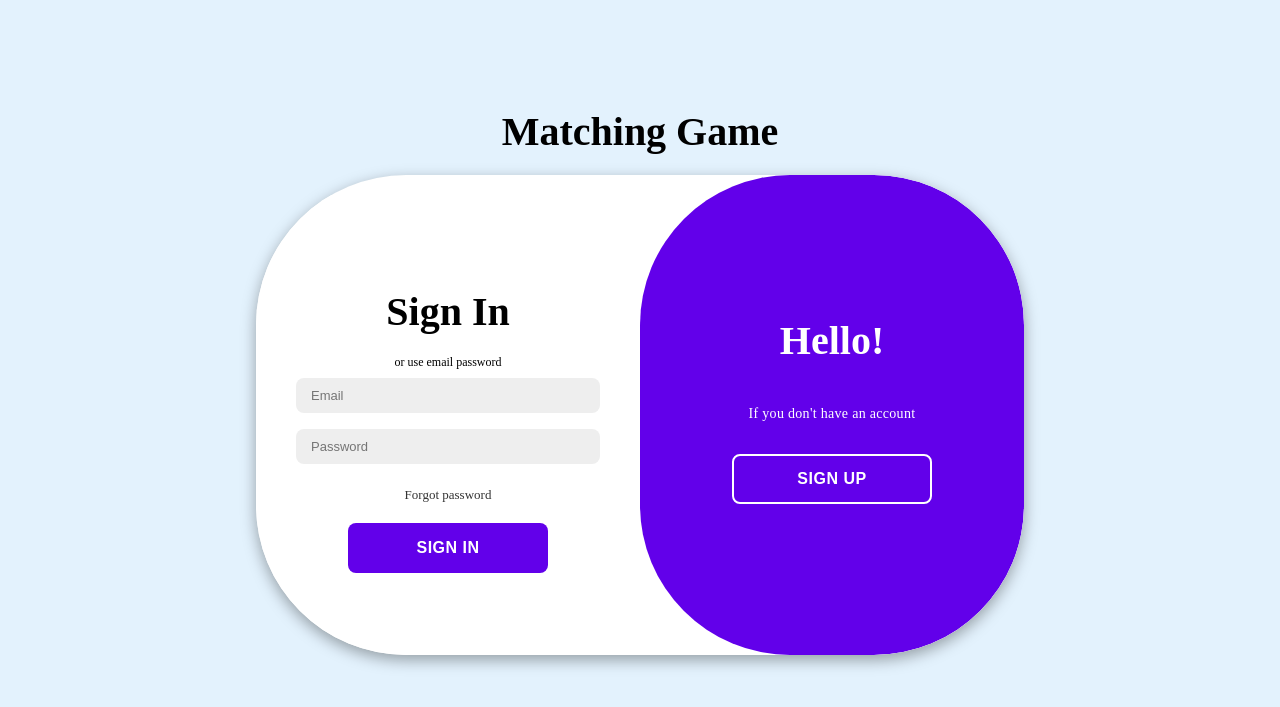
Repository: parnelltse/frontend2-courseproject
Page: /
An editor plug-in stored every save of this project. The page is shown before and after the next save, followed by the edit.
The browser window is 1280 px wide. The pictures show the whole page.
The project was rebuilt for these pictures with package versions that can differ from the ones it lists, and the page was loaded fresh each time. Also part of the build but not shown: vite.config.js, src/components/AccountForm.jsx, src/components/BackButton.jsx, src/pages/create.jsx, src/pages/login.jsx, src/pages/home.jsx, src/pages/gameoptions.jsx, src/pages/appsettings.jsx and 7 more.

Above is the page before, as saved 2024-11-02 23:23:26.

### src/App.jsx
import './App.css';
import { BrowserRouter as Router, Routes, Route } from 'react-router-dom';
import { Landing } from './pages/landing';
import Create from './pages/create';
import Login from './pages/login'
import Home from './pages/home';
import Gameoptions from './pages/gameoptions';
import AppSettings from './pages/appsettings';
import ProfileSettings from './pages/profilesettings';
import GameHistory from './pages/gamehistory';
import SinglePlayer from './pages/singleplayer';
import MultiPlayer from './pages/multiplayer';
import ResumeGame from './pages/resumegame';
import SingleGame from './pages/singlegame';
import MultiGame from './pages/multigame';

function App() {
  return (
    <Router>
      <Routes>
        <Route path="/" element={<Landing />} />
        <Route path="/create" element={<Create />} />
        <Route path="/login" element={<Login />} />
        <Route path="/home" element={<Home />} />
        <Route path="/gameoptions" element={<Gameoptions />} />
        <Route path='/appsettings' element={<AppSettings/>} />
        <Route path='/profilesettings' element={<ProfileSettings/>} />
        <Route path='/gamehistory' element={<GameHistory/>} />
        <Route path='/singleplayer' element={<SinglePlayer/>} />
        <Route path='/multiplayer' element={<MultiPlayer/>} />
        <Route path='/resumegame' element={<ResumeGame/>} />
        <Route path="/singlegame" element={<SingleGame />} />
        <Route path="/multigame" element={<MultiGame />} />
      </Routes>
    </Router>
  );
}

export default App;

### src/index.css
/** landing page */

.landing-nav {
    display: flex;
    flex-direction: column;
    justify-content: center;
    align-items: center;
    gap: 20px
}

.app .headline {
    text-align: center;
}

/** account form */

.sub-btn {
    align-items: center;
    margin: auto;
    margin-top: 10px;
}


/* Single player*/

.single-btn {
    margin: auto;
    align-items: center;
    background-color: #03dac6;
    color: rgb(74, 96, 86); /* darker text */
}

.single-btn:hover {
    background-color: #018786;
    color: white;

}

.single-container {
    padding-top: 10vh;
    align-items: center;
    margin: auto;
}

.single-bottom {
    margin: auto;
    width: 100vw;
    align-items: center;
    align-self: center;
    display: flex;
    justify-content: center;
    flex-direction: column;
}




.home-container {
    background-color: #fff;
    border-radius: 150px;
    box-shadow: 0 5px 15px rgba(0, 0, 0, 0.35);
    position: relative;
    overflow: hidden;
    width: 768px;
    max-width: 100%;
    min-height: 480px;
    margin: auto;
  }

  .home-container p {
    font-size: 14px;
    line-height: 20px;
    letter-spacing: 0.3px;
    margin: 20px 0;
  }


  .home-container span {
    font-size: 12px;
  }

  .home-container a {
    color: #333;
    font-size: 13px;
    text-decoration: none;
    margin: 15px 0 10px;
  }
  .home-container button {
    background-color: #6200ea;
    color: #fff;
    padding: 10px 45px;
    border: 2px solid transparent;
    border-radius: 8px;
    font-weight: 600;
    letter-spacing: 0.5px;
    text-transform: uppercase;
    margin-top: 10px;
    cursor: pointer;
  }

  .home-container button.hidden {
    background-color: transparent;
    border-color: #fff;
  }

  .home-container form {
    background-color: #fff;
    display: flex;
    align-items: center;
    justify-content: center;
    flex-direction: column;
    padding: 0 40px;
    height: 100%;
  }

  .home-container input {
    background-color: #eee;
    border: none;
    margin: 8px 0;
    padding: 10px 15px;
    font-size: 13px;
    border-radius: 8px;
    width: 100%;
    outline: none;
  }

  .sign-up, .sign-in {
    position: absolute;
    top: 0;
    height: 100%;
    transition: all 0.6s ease-in-out;
  }

  .sign-in {
    left: 0;
    width: 50%;
    z-index: 2;
  }

  .home-container.active .sign-in {
    transform: translateX(100%);
  }

  .sign-up {
    left: 0;
    width: 50%;
    z-index: 1;
    opacity: 0;
  }

  .home-container.active .sign-up {
    transform: translateX(100%);
    opacity: 1;
    z-index: 5;
    animation: move 0.6s;
  }

  @keyframes move {
    0%, 49.99%{
      opacity: 0;
      z-index: 1;
    }
     50%, 100%{
      opacity: 1;
      z-index: 5;
    }
  }

  .toogle-container {
    position: absolute;
    top: 0;
    left: 50%;
    width: 50%;
    height: 100%;
    overflow: hidden;
    border-radius: 150px;
    z-index: 1000;
    transition: all 0.6s ease-in-out;
  }

  .home-container.active .toogle-container {
    transform: translateX(-100%);
    border-radius: 150px;
  }

  .toogle {
    background-color: #6200ea;
    height: 100%;
    background: #6200ea;
    color: #fff;
    position: relative;
    left: -100%;
    width: 200%;
    transform: translateX(0);
    transition: all 0.6s ease-in-out;
  }

  .home-container.active .toogle {
    transform: translateX(50%);
  }

  .toogle-panel {
    position: absolute;
    width: 50%;
    height: 100%;
    display: flex;
    justify-content: center;
    align-items: center;
    flex-direction: column;
    padding: 0 30px;
    text-align: center;
    top: 0;
    transform: translateX(0);
    transition: all 0.6s ease-in-out;
  }

  .toogle-left {
    transform: translateX(-200%);
  }

  .home-container.active .toogle-left {
    transform: translateX(0);
  }

  .toogle-right {
    right: 0;
    transform: translateX(0);
  }

  .home-container.active .toogle-right {
    transform: translateX(200%);
  }

### src/App.css
/* General Reset */
* {
	margin: 0;
	padding: 0;
	box-sizing: border-box;
}

/* Home page */
.container {
	align-items: center; /* Center the items horizontally */
	justify-content: center; /* Center the items vertically */
	min-height: 100vh; /* Full viewport height */
	background-color: #e3f2fd; /* Light blue background color */
	padding: 20px; /* Padding around content */
	padding-top: 15vh;
}

header {
	text-align: center;
	margin-bottom: 40px; /* Space below header */
	margin: auto;
}

button {
	background-color: #1e88e5; /* Button background color */
	color: white; /* White text color */
	border: none; /* Remove border */
	border-radius: 5px; /* Rounded corners */
	padding: 10px; /* Padding for buttons */
	cursor: pointer; /* Pointer cursor */
	transition: background-color 0.3s; /* Smooth background transition */
	width: 200px; /* Fixed width for all buttons */
	height: 50px; /* Fixed height for all buttons */
	font-size: 1rem; /* Font size for button text */
	margin: 10px; /* Space between buttons */
}

button:hover {
	background-color: #1565c0; /* Darker button color on hover */
}

.button-container {
	display: flex; /* Use flexbox for button alignment */
	flex-direction: column; /* Stack buttons vertically */
	align-items: center; /* Center buttons horizontally */
}

.title {
	font-size: 2.5rem; /* Title font size */
	text-align: center; /* Center the title text */
	margin-bottom: 20px; /* Space below title */
}

.profile-button {
	background-color: #6200ea; /* Primary color */
	color: white; /* White text */
	border: none; /* Remove border */
	border-radius: 5px; /* Rounded corners */
	padding: 10px 20px; /* Button padding */
	font-size: 1.2rem; /* Font size */
	cursor: pointer; /* Pointer cursor on hover */
	transition: background-color 0.3s; /* Smooth background transition */
	width: 155px; /* Ensure the width matches other buttons */
	height: 50px; /* Ensure the height matches other buttons */
	margin-bottom: 20vh;
}

.profile-button:hover {
	background-color: #3700b3; /* Darker shade on hover */
}

.button-container {
	display: flex;
	gap: 20px; /* Space between buttons */
}

.play-button,
.settings-button {
	background-color: #03dac6; /* Secondary color */
	border: none;
	border-radius: 5px;
	padding: 15px 25px; /* Button padding */
	font-size: 1.5rem; /* Font size */
	cursor: pointer; /* Pointer cursor on hover */
	transition: background-color 0.3s; /* Smooth background transition */
	align-items: center;
	text-align: center;
}

.play-button {
	color: rgb(74, 96, 86); /* darker text */
}

.settings-button {
	color: white; /* white text */
}

.play-button:hover {
	background-color: #018786; /* Darker shade on hover */
	color: white; /* white text */

}

.settings-button {
	background-color: #ff5722; /* Different color for settings */
}

.settings-button:hover {
	background-color: #c41c00; /* Darker shade on hover */
}

/* Typography */
h1 {
	font-size: 2.5rem;
	text-align: center;
	margin-bottom: 20px;
}

h2 {
	font-size: 1.75rem;
	text-align: center;
	margin-bottom: 15px;
}

/* Button Styles */
button {
	background-color: #6200ea;
	color: white;
	padding: 10px 20px;
	border: none;
	border-radius: 5px;
	cursor: pointer;
	margin: 10px;
	transition: background-color 0.3s ease;
}

button:hover {
	background-color: #3700b3;
}

/* Form Input Styles */
input[type="text"],
input[type="password"],
input[type="number"] {
	width: 100%;
	padding: 10px;
	margin: 10px 0;
	box-sizing: border-box;
	border: 2px solid #ccc;
	border-radius: 4px;
}

form {
	max-width: 400px;
	margin: 20px auto;
	display: flex;
	flex-direction: column;
}

/* Back Button */
button.back-btn {
	background-color: #f44336;
	color: white;
	border-radius: 50%;
	width: 50px;
	height: 50px;
	display: flex;
	justify-content: center;
	align-items: center;
	font-size: 1.2rem;
}

button.back-btn:hover {
	background-color: #e53935;
}

/* App Settings */
.app-settings {
	display: flex;
	flex-direction: column;
	justify-content: center;
	align-items: center;
	padding: 20px;
	text-align: center;
	min-height: 100vh;
	padding-top: 20vh;
}

.setting-bottons {
	display: flex;
	justify-content: center;
	flex-direction: column;
	margin: auto;
	align-items: center;
}

.theme-toggle {
	background-color: #333;
	color: white;
	padding: 10px;
	border-radius: 5px;
	cursor: pointer;
}

.theme-toggle:hover {
	background-color: #555;
}

/* Game Options */
.game-options {
	display: flex;
	flex-direction: column;
	align-items: center;
	margin: 20px;
}

button.grid-size {
	background-color: #2196f3;
	margin: 5px;
}

button.grid-size:hover {
	background-color: #1976d2;
}

/* single and multiplayer pages */
img {
	max-width: 100%;
	height: auto;
	display: block;
	margin: 0 auto;
}

.game-grid {
	display: grid;
	grid-template-columns: repeat(5, 1fr); /* 5 columns for a 5x5 grid */
	gap: 10px; /* Space between grid items */
	padding: 20px; /* Optional padding around the grid */
}

.game-item {
	background-color: #c5d9e8; /* Background color for game items */
	border: 1px solid #100f0f; /* Border for each game item */
	border-radius: 5px; /* Rounded corners */
	display: flex; /* Center content */
	align-items: center; /* Center content vertically */
	justify-content: center; /* Center content horizontally */
	height: 100px; /* Fixed height for game items */
	font-size: 1.2em; /* Font size for game item text */
}

/* history page */

.history-container {
	display: flex;
	flex-direction: column;
	align-items: center;
	justify-content: center;
	min-height: 100vh; /* Full viewport height */
	background-color: #f9f9f9; /* Light background color */
	padding: 20px; /* Padding around content */
}

.history-title {
	font-size: 2.5rem; /* Title font size */
	color: #333; /* Darker text color */
	margin-bottom: 10px; /* Space below title */
}

.history-description {
	font-size: 1.2rem; /* Description font size */
	color: #666; /* Slightly lighter text color */
	text-align: center; /* Center-align description */
	margin-bottom: 30px; /* Space below description */
}

.score-table {
	width: 100%;
	max-width: 600px; /* Max width for the table */
	margin: 0 auto; /* Center the table */
	background-color: white; /* White background for the table */
	border-radius: 8px; /* Rounded corners */
	box-shadow: 0 4px 8px rgba(0, 0, 0, 0.1); /* Subtle shadow */
	overflow: hidden; /* Ensure rounded corners apply */
}

table {
	width: 100%; /* Full width of the table */
	border-collapse: collapse; /* Remove space between table cells */
}

th,
td {
	padding: 15px; /* Cell padding */
	text-align: left; /* Align text to the left */
	border-bottom: 1px solid #e0e0e0; /* Bottom border for rows */
}

th {
	background-color: #6200ea; /* Header background color */
	color: white; /* White text for header */
}

tr:hover {
	background-color: #f1f1f1; /* Highlight row on hover */
}

.back-button {
	margin-top: 20px; /* Space above the back button */
}

/* profile settings page*/

.profile-settings-container {
	display: flex;
	flex-direction: column;
	align-items: center;
	justify-content: center;
	min-height: 100vh; /* Full viewport height */
	background-color: #f9f9f9; /* Light background color */
	padding: 20px; /* Padding around content */
}

.profile-settings-title {
	font-size: 2.5rem; /* Title font size */
	color: #333; /* Darker text color */
	margin-bottom: 20px; /* Space below title */
}

.submitted-username {
	font-size: 1.5rem; /* Font size for submitted username */
	color: #6200ea; /* Color for submitted username */
	margin-bottom: 20px; /* Space below username display */
}

.profile-settings-form {
	display: flex;
	flex-direction: column;
	align-items: center; /* Center align the form elements */
	margin-bottom: 20px; /* Space below the form */
}

.username-input {
	padding: 10px; /* Padding for input */
	font-size: 1rem; /* Font size for input */
	border: 1px solid #ccc; /* Border for input */
	border-radius: 4px; /* Rounded corners */
	margin-bottom: 10px; /* Space below input */
	width: 100%; /* Full width */
	max-width: 300px; /* Max width for input */
}

.save-button {
	padding: 10px 20px; /* Padding for button */
	background-color: #6200ea; /* Button background color */
	color: white; /* Button text color */
	border: none; /* Remove border */
	border-radius: 4px; /* Rounded corners */
	cursor: pointer; /* Pointer cursor on hover */
	font-size: 1rem; /* Font size for button */
}

.save-button:hover {
	background-color: #3700b3; /* Darker button color on hover */
}

.navigation-buttons {
	display: flex;
	gap: 10px; /* Space between navigation buttons */
}

.scores-button {
	padding: 10px 20px; /* Padding for button */
	background-color: #03dac6; /* Button background color */
	color: white; /* Button text color */
	border: none; /* Remove border */
	border-radius: 4px; /* Rounded corners */
	cursor: pointer; /* Pointer cursor on hover */
	font-size: 1rem; /* Font size for button */
}

.scores-button:hover {
	background-color: #018786; /* Darker button color on hover */
}

/* game options page */

.game-options-container {
	display: flex;
	flex-direction: column;
	align-items: center;
	justify-content: center;
	min-height: 100vh; /* Full viewport height */
	background-color: #f0f4f8; /* Light background color */
	padding: 20px; /* Padding around content */
}

.game-options-title {
	font-size: 2.5rem; /* Title font size */
	color: #333; /* Darker text color */
	margin-bottom: 40px; /* Space below title */
}

.game-options-buttons {
	display: flex;
	flex-direction: column; /* Arrange buttons vertically */
	gap: 15px; /* Space between buttons */
}

.game-option-button {
	padding: 15px 30px; /* Padding for buttons */
	font-size: 1.2rem; /* Font size for buttons */
	background-color: #6200ea; /* Button background color */
	color: white; /* Button text color */
	border: none; /* Remove border */
	border-radius: 5px; /* Rounded corners */
	cursor: pointer; /* Pointer cursor on hover */
	transition: background-color 0.3s; /* Smooth background transition */
	width: 100%; /* Full width */
	max-width: 300px; /* Max width for buttons */
}

.game-option-button:hover {
	background-color: #3700b3; /* Darker button color on hover */
}

/* create account page */

.create-container {
	display: flex;
	flex-direction: column;
	align-items: center;
	justify-content: center;
	min-height: 100vh; /* Full viewport height */
	background-color: #f0f4f8; /* Light background color */
	padding: 20px; /* Padding around content */
}

.create-header {
	text-align: center; /* Center header text */
	margin-bottom: 40px; /* Space below header */
}

.create-header h1 {
	font-size: 2.5rem; /* Title font size */
	color: #000000; /* Primary color for title */
}

.create-header h2 {
	font-size: 1.5rem; /* Subtitle font size */
	color: #333; /* Darker color for subtitle */
	margin-top: 10px; /* Space above subtitle */
}

.create-container > * {
	margin: 10px 0; /* Space between elements */
}

.back-button {
	margin-top: 20px; /* Space above back button */
	background-color: #6200ea; /* Match primary color */
	color: white; /* White text color */
	border: none; /* Remove border */
	border-radius: 5px; /* Rounded corners */
	padding: 10px 20px; /* Padding for button */
	cursor: pointer; /* Pointer cursor */
	transition: background-color 0.3s; /* Smooth background transition */
}

.back-button:hover {
	background-color: #3700b3; /* Darker button color on hover */
}

/* login page */
.login-container {
	align-items: flex-start;
	justify-content: center;
	min-height: 100vh; /* Full viewport height */
	background-color: #ede3fd; /* Light blue background color */
	padding-top: 20vh;
}

.login-header {
	text-align: center; /* Center header text */
	margin-bottom: 40px; /* Space below header */
}

.login-header h1 {
	font-size: 2.5rem; /* Title font size */
	color: #3700b3; /* Primary color for title */
}

.login-header h2 {
	font-size: 1.5rem; /* Subtitle font size */
	color: #424242; /* Darker color for subtitle */
	margin-top: 10px; /* Space above subtitle */
}

.account-form {
	width: 100%; /* Full width for the form */
	max-width: 400px; /* Maximum width for the form */
	background-color: white; /* White background for form */
	border-radius: 8px; /* Rounded corners */
	box-shadow: 0 2px 10px rgba(0, 0, 0, 0.1); /* Subtle shadow */
	padding: 20px; /* Padding inside the form */
}

button {
	background-color: #6200ea; /* Match primary color */
	color: white; /* White text color */
	border: none; /* Remove border */
	border-radius: 5px; /* Rounded corners */
	padding: 10px 20px; /* Padding for button */
	cursor: pointer; /* Pointer cursor */
	transition: background-color 0.3s; /* Smooth background transition */
}

button:hover {
	background-color: #3700b3; /* Darker button color on hover */
}

.account-form input {
	margin: 10px 0; /* Space between inputs */
	padding: 10px; /* Padding for inputs */
	border: 1px solid #ccc; /* Light border for inputs */
	border-radius: 5px; /* Rounded corners for inputs */
	width: 100%; /* Full width for inputs */
}

### src/pages/landing.jsx
import { useNavigate } from 'react-router-dom';
import { useState, useEffect } from 'react';

export function Landing () {
  const navigate = useNavigate();

  const handleLogin = (data) => {
		console.log("User logged in:", data);
		navigate("/home"); // Redirect to the home page
	};

  const handleAccountCreation = (data) => {
		console.log("Account created:", data);
		navigate("/home");
	};



  const [isActive, setIsActive] = useState(false);

  const toggleActive = () => setIsActive(!isActive);

  return (
    <div className={`app ${isActive ? 'active' : ''}`}>
      <div className="container">
        <h1 className='headline'>
          Matching Game
        </h1>
        <div className={`home-container ${isActive ? 'active' : ''}`} id="home-container">
          <div className="sign-up">
            <form onSubmit={handleAccountCreation}>
              <h1>Create Account</h1>
              <span>or use email for registration</span>
              <input type="text" placeholder="Name" />
              <input type="text" placeholder="Email" />
              <input type="password" placeholder="Password" />
              <button type="submit">Sign Up</button>
            </form>
          </div>
          <div className="sign-in">
            <form onSubmit={handleLogin}>
              <h1>Sign In</h1>
              <span>or use email password</span>
              <input type="text" placeholder="Email" />
              <input type="password" placeholder="Password" />
              <a href="#">Forgot password</a>
              <button type="submit">Sign In</button>
            </form>
          </div>
          <div class="toogle-container">
            <div class="toogle">
              <div class="toogle-panel toogle-left">
                <h1>Welcome!</h1>
                <p>If you already have an account</p>
                <button class="hidden" id="login" onClick={toggleActive}>Sign In</button>
              </div>
              <div class="toogle-panel toogle-right">
                <h1>Hello!</h1>
                <p>If you don't have an account</p>
                <button class="hidden" id="register" onClick={toggleActive}>Sign Up</button>
              </div>
            </div>
          </div>
        </div>
      </div>
    </div>
  );
}

Loaded but not shown: index.html (common file); src/main.jsx (common file)

After the next save:
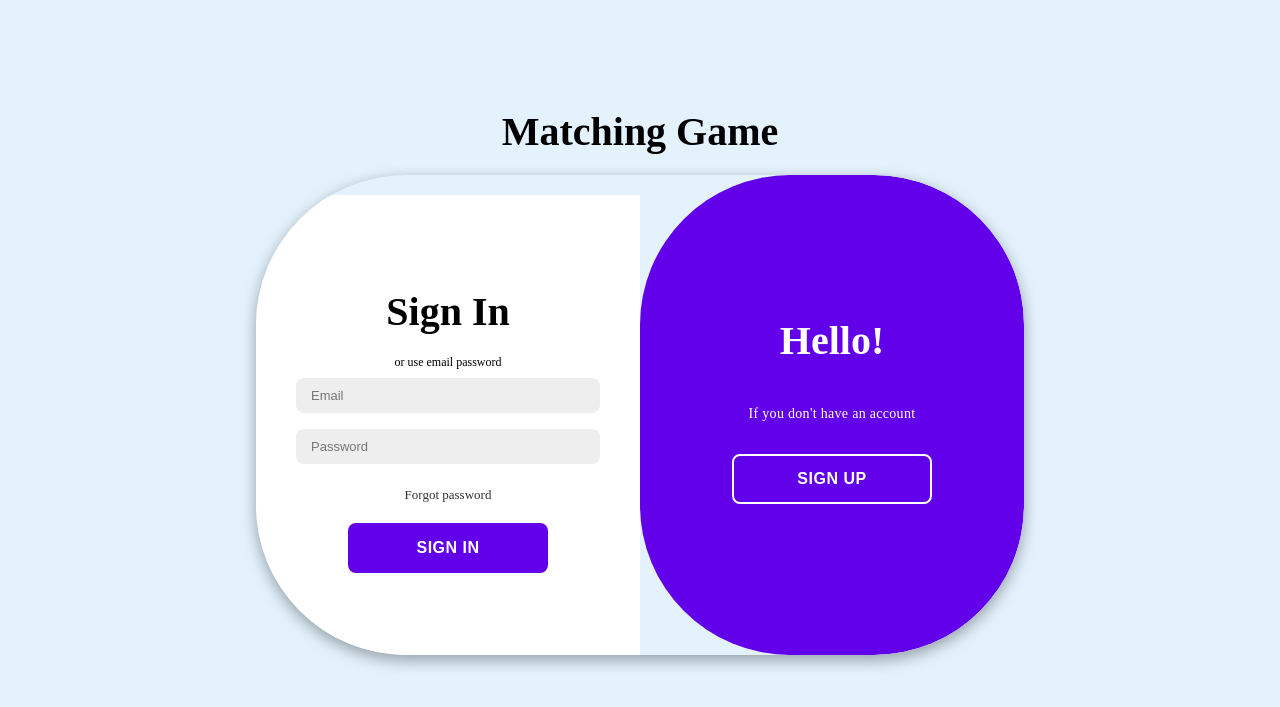
Saved 3 min 40 s later.
--- a/src/index.css
+++ b/src/index.css
@@ -56,7 +56,6 @@
 
 
 .home-container {
-    background-color: #fff;
     border-radius: 150px;
     box-shadow: 0 5px 15px rgba(0, 0, 0, 0.35);
     position: relative;
@@ -65,6 +64,7 @@
     max-width: 100%;
     min-height: 480px;
     margin: auto;
+    backdrop-filter: blur;
   }
 
   .home-container p {
